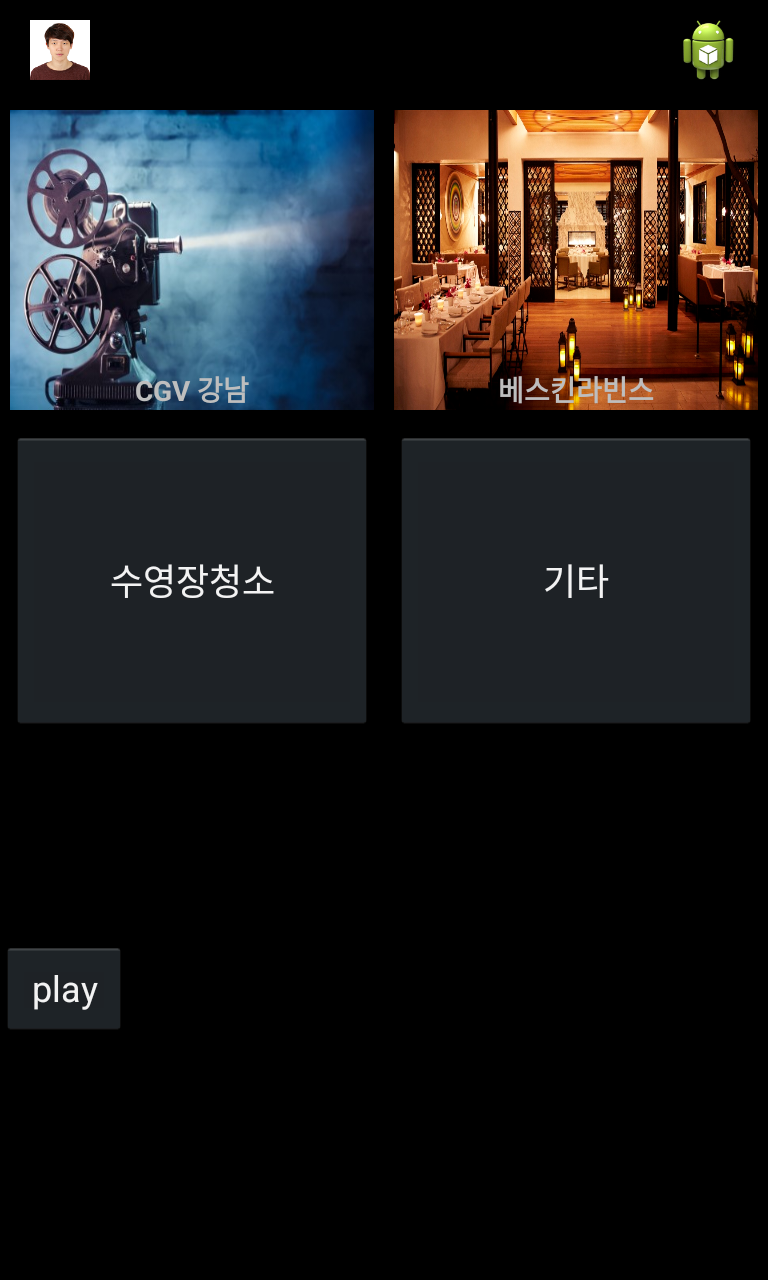
Repository: Minsu-Daniel-Kim/tipinboard1.0
Layout: TipinBoard1.0/res/layout/activity_main.xml
The author's editor kept a copy of each file at every save. The layout is drawn from the files as they stood at one save, then again after the next save.
It is drawn on a 768 x 1280 px phone screen (xhdpi) without system bars, with theme android:Theme.Holo; the app's code is not run.

Above is the layout before, as saved 2013-04-15 14:13:52.

After the next save:
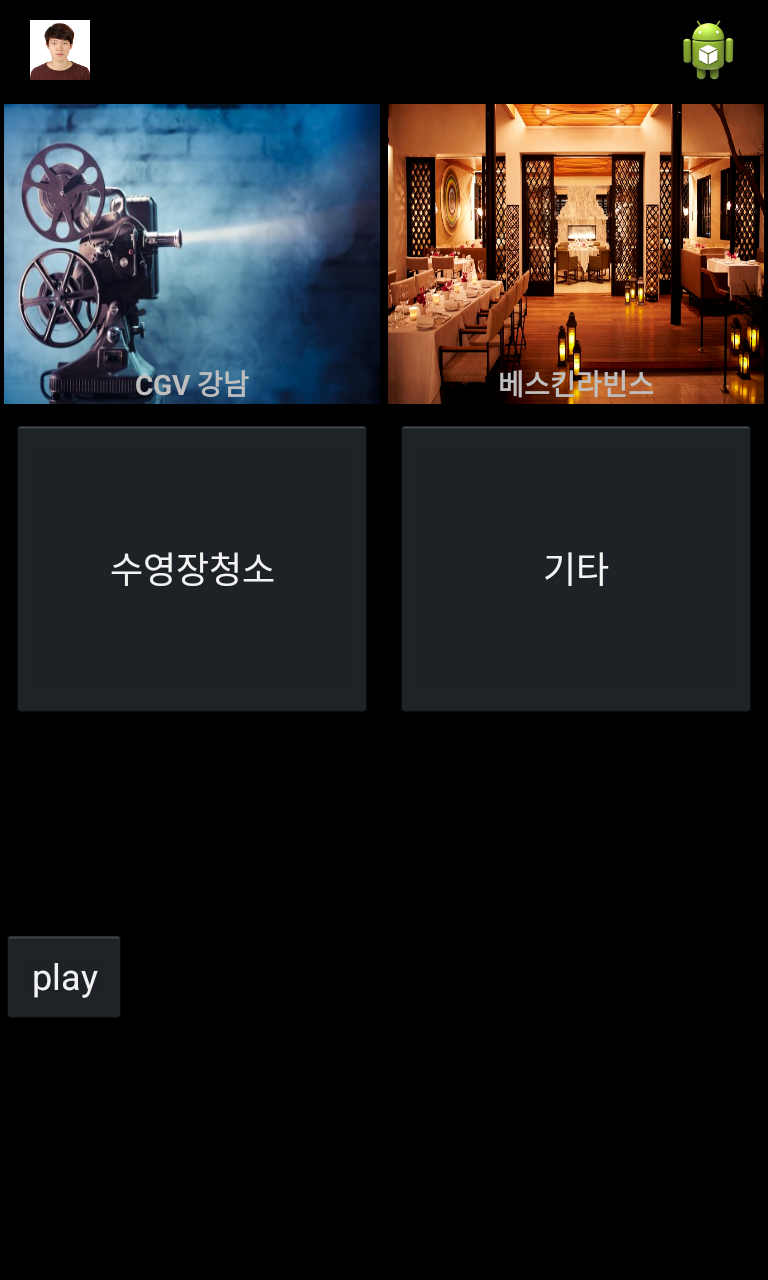
Saved 60 s later.
--- a/TipinBoard1.0/res/layout/activity_main.xml
+++ b/TipinBoard1.0/res/layout/activity_main.xml
@@ -53,10 +53,10 @@
         android:orientation="horizontal" >
 
         <RelativeLayout
-            android:layout_margin="5dp"
             android:id="@+id/button1"
             android:layout_width="0dp"
             android:layout_height="150dp"
+            android:layout_margin="2dp"
             android:layout_weight="1"
             android:background="@drawable/movie"
             android:onClick="detail" >
@@ -73,9 +73,9 @@
 
         <RelativeLayout
             android:id="@+id/button1"
-              android:layout_margin="5dp"
             android:layout_width="0dp"
             android:layout_height="150dp"
+            android:layout_margin="2dp"
             android:layout_weight="1"
             android:background="@drawable/restaurant"
             android:onClick="detail" >
@@ -99,17 +99,17 @@
 
         <Button
             android:id="@+id/button1"
-              android:layout_margin="5dp"
             android:layout_width="0dp"
             android:layout_height="150dp"
+            android:layout_margin="5dp"
             android:layout_weight="1"
             android:text="수영장청소" />
 
         <Button
             android:id="@+id/button1"
-              android:layout_margin="5dp"
             android:layout_width="0dp"
             android:layout_height="150dp"
+            android:layout_margin="5dp"
             android:layout_weight="1"
             android:text="기타" />
     </LinearLayout>
